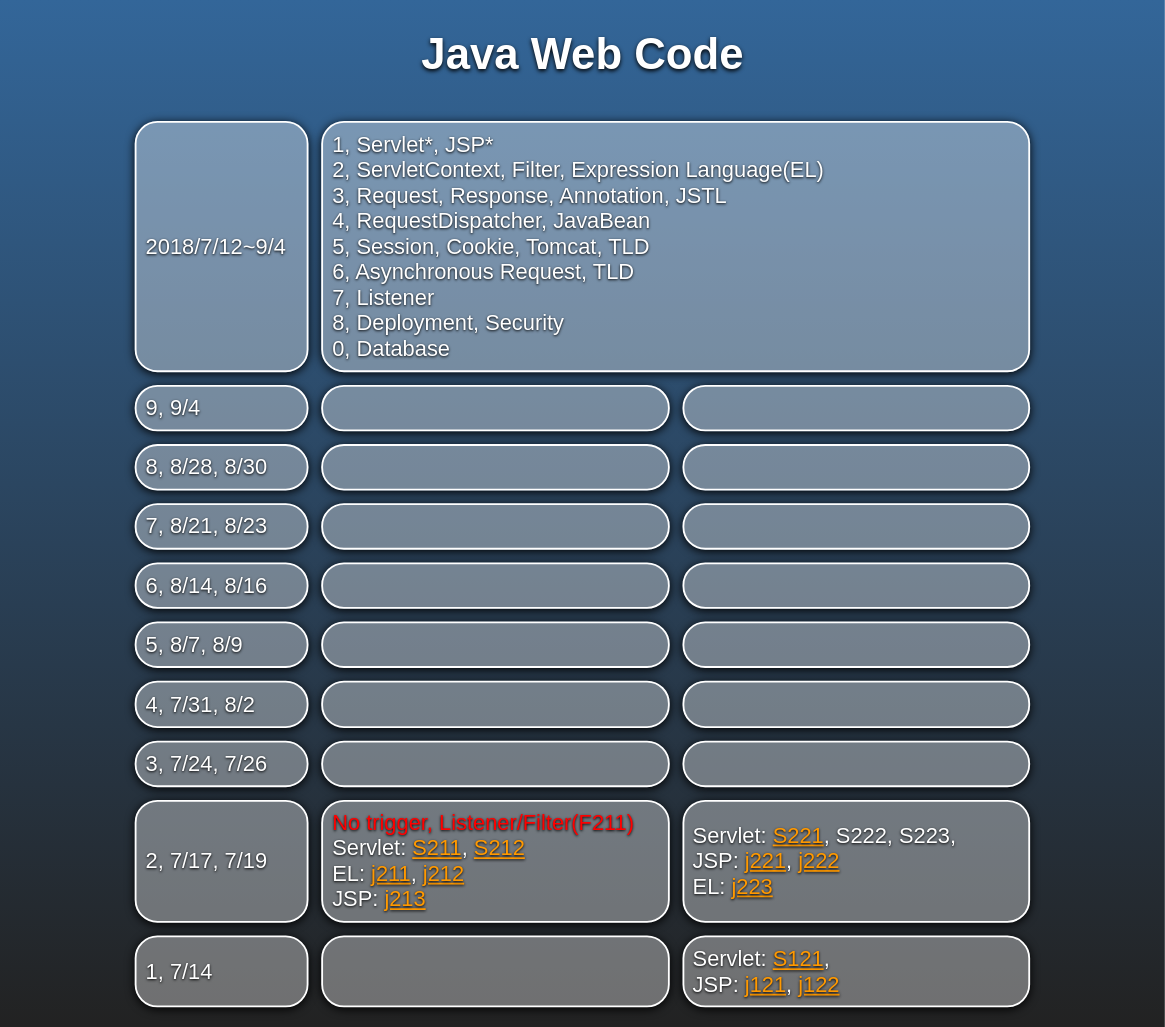
Repository: anxhuang/Java_Web
Page: http://localhost/code/
The author's editor kept a copy of each file at every save. The page is drawn from the files as they stood at one save, then again after the next save.
The browser window is 1280 px wide. The pictures show the whole page, at 91% of full size.
The page is served by Tomcat 9. Other server files are loaded and not shown.

Above is the page before, as saved 2018-07-24 10:00:27.

### code/WebContent/index.html
<!DOCTYPE html>
<html>
<head>
<meta charset="BIG5">
<title>Insert title here</title>
<style>
	body{
		font-size: 0.25in;
		font-family: Arial;
		background: linear-gradient(#369, #222);;
		/*background-image: url("https://fsa.zobj.net/crop.php?r=ao88GxCisk4oY2NINS9REEtIWhpZOc22-qItDMLD3PM32O_JkS6wNJkg6nyYIREcmC0vWqaqI6LJaUOxd-WXbPJcJwdQ8BFboZ63vqok2a4Dr1BmLINjzf1ENB44EzZlDTbMtV754atZi7iy");*/
		/*background-size: cover;*/
	}
	h1{
		color: #FFF;
		text-shadow: 0px 2px 5px #000;
		text-align: center;
	}
	table{
		width: 80%;
		margin: 0 auto;
		border-spacing: 0.15in;
	}
	td{
		color: #FFF;
		text-shadow: 0px 1px 3px #000;
		padding: 0.1in;
		border: 2px solid #FFF;
		background: rgba(255,255,255,0.35);
		box-shadow: 0px 2px 10px #000;
		border-radius: 25px;
	}
	td:first-child{
		width: 20%;
	}
	td:nth-child(2){
		width: 40%;
	}
	td:nth-child(3){
		width: 40%;
	}
	a:link		{color: #F90;}
	a:visited	{color: #47F;}
</style>
</head>
<body>

	<h1>Java Web Code</h1>

	<table>
		<tbody>
			<tr>
				<td>2018/7/12~9/4</td>
				<td colspan="2">
					1, Servlet*, JSP*<br>
					2, ServletContext, Filter, Expression Language(EL)<br>
					3, Request, Response, Annotation, JSTL<br>
					4, RequestDispatcher, JavaBean<br>
					5, Session, Cookie, Tomcat, TLD<br>
					6, Asynchronous Request, TLD<br>
					7, Listener<br>
					8, Deployment, Security<br>
					0, Database
				</td>
			</tr>
			<tr>
				<td>9, 9/4</td>
				<td></td>
				<td></td>
			</tr>
			<tr>
				<td>8, 8/28, 8/30</td>
				<td></td>
				<td></td>
			</tr>
			<tr>
				<td>7, 8/21, 8/23</td>
				<td></td>
				<td></td>
			</tr>
			<tr>
				<td>6, 8/14, 8/16</td>
				<td></td>
				<td></td>
			</tr>
			<tr>
				<td>5, 8/7, 8/9</td>
				<td></td>
				<td></td>
			</tr>
			<tr>
				<td>4, 7/31, 8/2</td>
				<td></td>
				<td></td>
			</tr>
			<tr>
				<td>3, 7/24, 7/26</td>
				<td></td>
				<td></td>
			</tr>
			<tr>
				<td>2, 7/17, 7/19</td>
				<td>
					<font color="red">No trigger, Listener/Filter(F211)</font>
					<br>
					Servlet:
					<a href="S211">S211</a>,
					<a href="S212">S212</a>
					<br>
					EL:
					<a href="j211.jsp">j211</a>,
					<a href="j212.jsp">j212</a>
					<br>
					JSP:
					<a href="j213.jsp">j213</a>
				</td>
				<td>
					Servlet:
					<a href="S221">S221</a>,
					S222,
					S223,
					<br>
					JSP:
					<a href="j221.jsp">j221</a>,
					<a href="j222.jsp">j222</a>
					<br>
					EL:
					<a href="j223.jsp">j223</a>
				</td>
			</tr>
			<tr>
				<td>1, 7/14</td>
				<td></td>
				<td>
					Servlet:
					<a href="S121">S121</a>,
					<br>
					JSP:
					<a href="j121.jsp">j121</a>,
					<a href="j122.jsp">j122</a>
				</td>
			</tr>
		</tbody>
	</table>
</body>
</html>

After the next save:
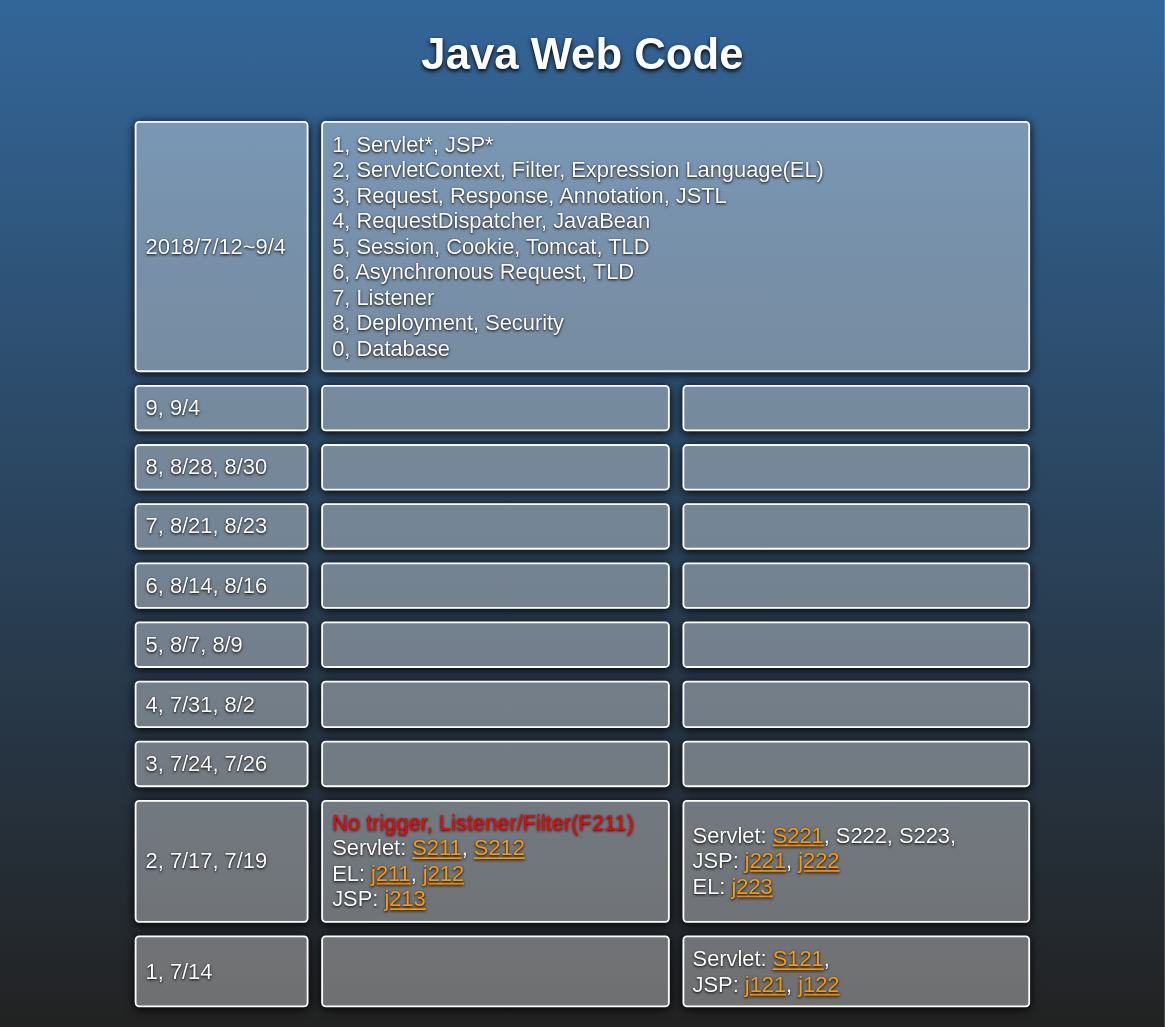
Saved 7 s later.
--- a/code/WebContent/index.html
+++ b/code/WebContent/index.html
@@ -28,7 +28,7 @@
 		border: 2px solid #FFF;
 		background: rgba(255,255,255,0.35);
 		box-shadow: 0px 2px 10px #000;
-		border-radius: 25px;
+		border-radius: 5px;
 	}
 	td:first-child{
 		width: 20%;
